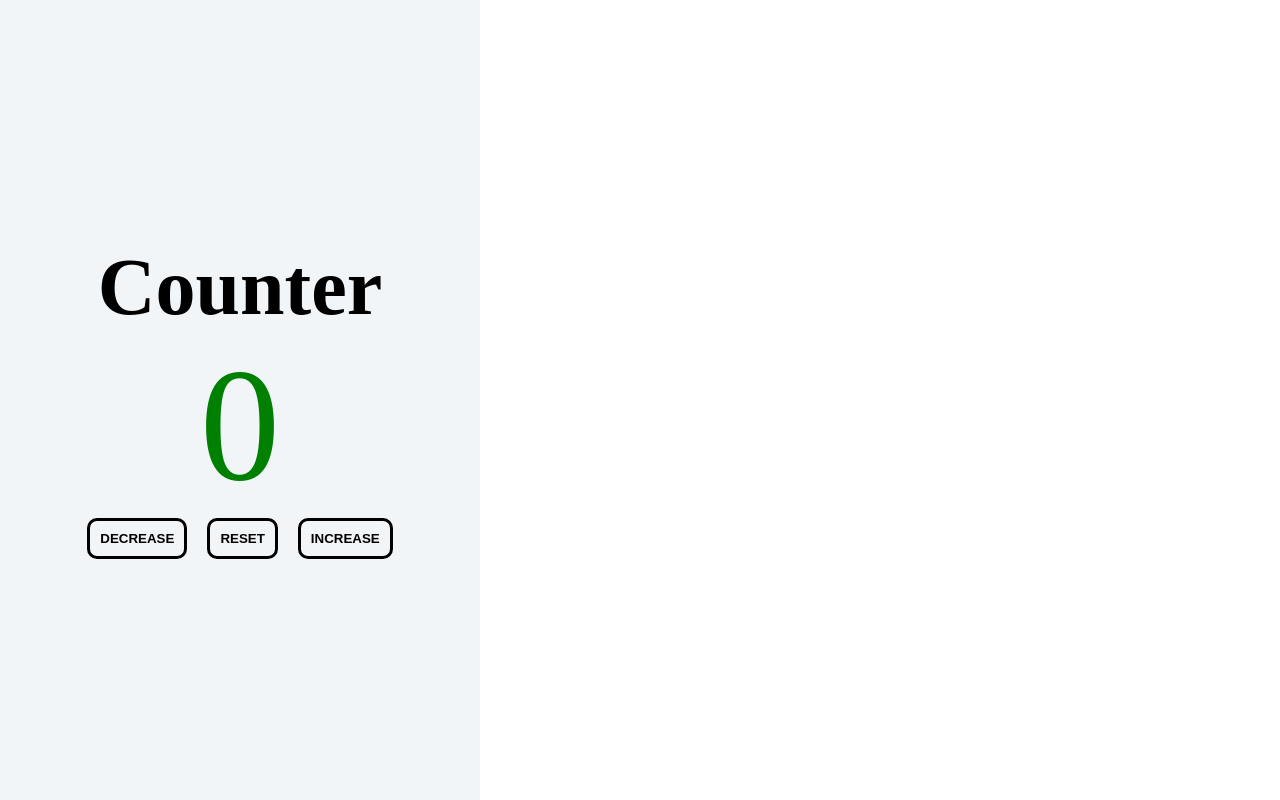
Repository: imokha01/createCounter
Page: index.html
These files come from the project's save history. The page is drawn as it stood at one moment and after a run of saves; the edit follows.
The browser window is 1280 px wide. The pictures show the whole page.

Above is the page before, as saved 2024-01-17 17:11:52.

After the next 2 saves:
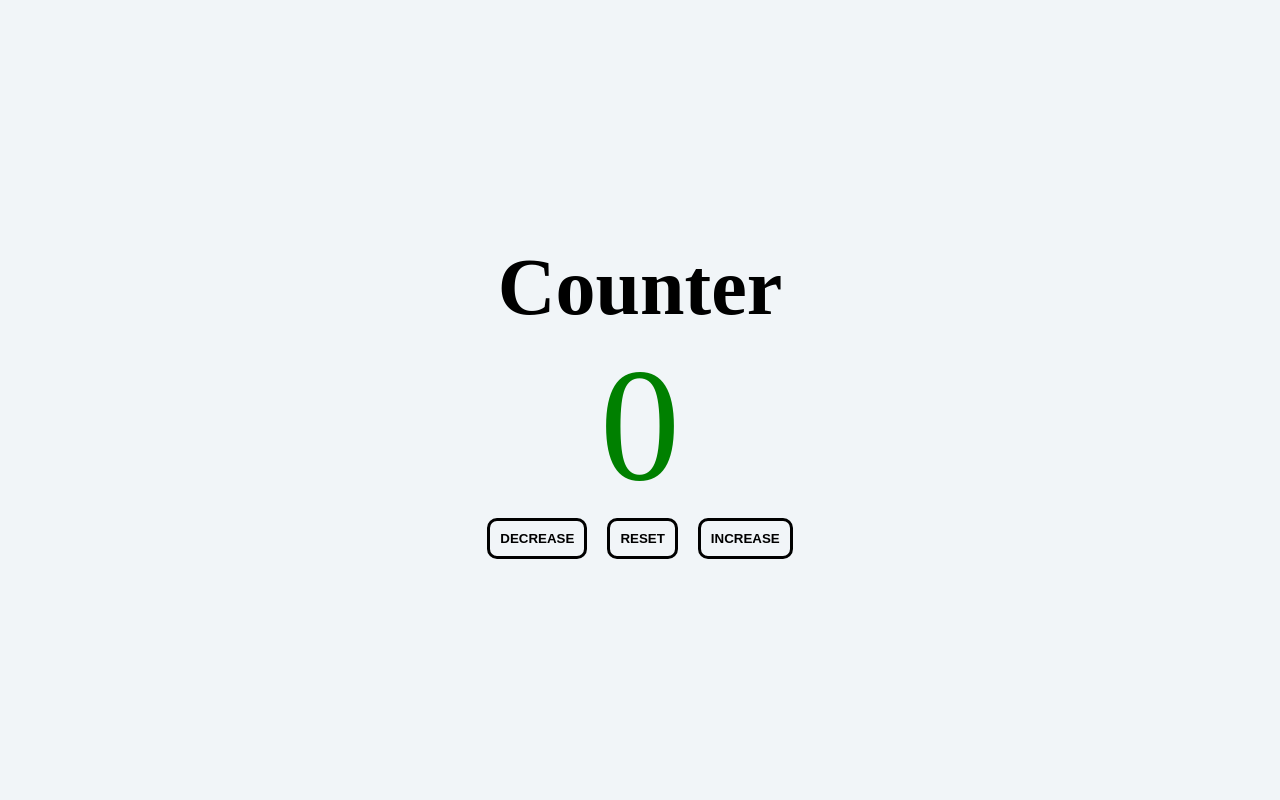
The 2 saves are shown as one change because they came seconds apart.
The last was saved 13 s later.
--- a/style.css
+++ b/style.css
@@ -14,7 +14,7 @@ body {
     justify-content: center;
     align-items: center;
     background-color: #f1f5f8;
-    width: 30rem;
+    width: 80rem;
     height: 50rem;
 }
 
